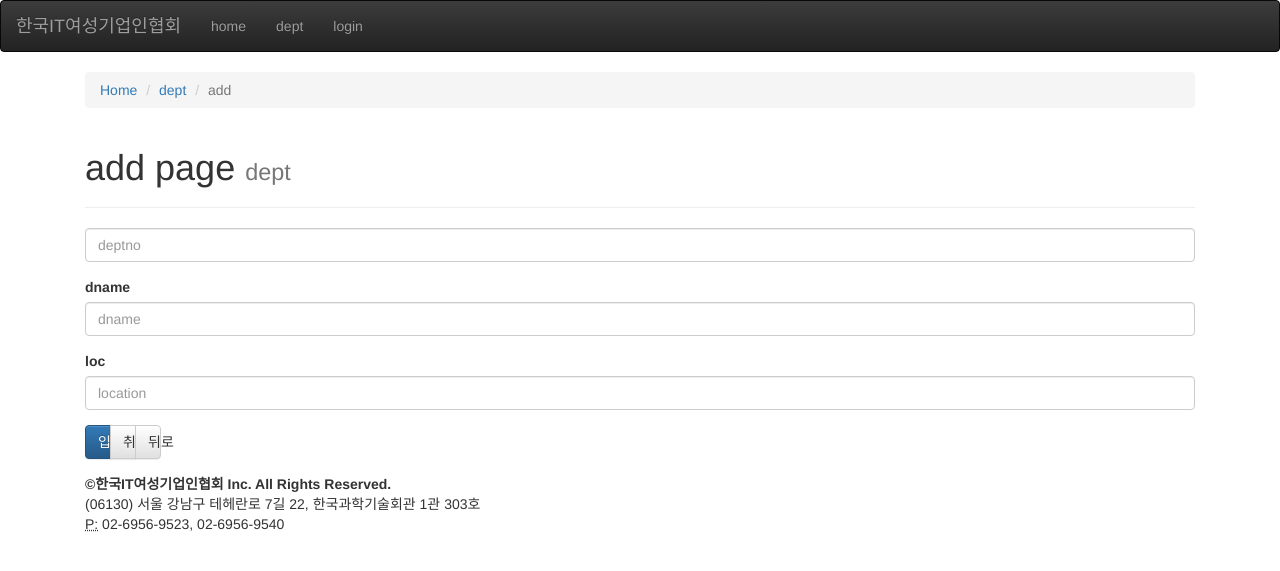
Repository: minho00123/sw-professional-training
Page: http://localhost/sts06/WEB-INF/views/dept/add.jsp
The author's editor kept a copy of each file at every save. The page is drawn from the files as they stood at one save, then again after the next save.
The browser window is 1280 px wide. The pictures show the whole page.
The page is served by Tomcat 9. Nobody is signed in. Other server files are loaded and not shown. The template is opened directly, without the code that normally fills it, so the values that code supplies are empty.

Above is the page before, as saved 2025-05-20 07:33:55.
Console error (its wording comes from the project's code and is left out).

### stsWorkspace/sts06/src/main/webapp/WEB-INF/views/dept/add.jsp
<%@ page language="java" contentType="text/html; charset=UTF-8"
	pageEncoding="UTF-8"%>
<!DOCTYPE html>
<html>
<head>
<meta charset="UTF-8">
<title>Insert title here</title>
<%@ include file="../layout/header.jspf"%>
</head>
<body>
	<%@ include file="../layout/menu.jspf"%>
	<ol class="breadcrumb">
		<li><a href="${pageContext.request.contextPath }/">Home</a></li>
		<li><a href="${pageContext.request.contextPath }/dept/">dept</a></li>
		<li class="active">add</li>
	</ol>
	<div class="page-header">
		<h1>
			add page <small>dept</small>
		</h1>
	</div>
	<form action="add" method="post">
		<div class="form-group">
			<label class="sr-only"></label><input name="deptno" class="form-control"
				placeholder="deptno" />
		</div>
		<div class="form-group">
			<label>dname</label><input name="dname" class="form-control"
				placeholder="dname" />
		</div>
		<div class="form-group">
			<label>loc</label><input name="loc" class="form-control"
				placeholder="location" />
		</div>
		<div class="form-group">
			<div class="btn-group btn-group-justified" role="group"
				aria-label="...">
				<button class="btn btn-primary" type="submit">입력</button>
				<button class="btn btn-default" type="reset">취소</button>
				<button class="btn btn-default" type="button"
					onclick="history.back();">뒤로</button>
			</div>
		</div>
	</form>
	<%@ include file="../layout/footer.jspf"%>
</body>
</html>

### stsWorkspace/sts06/src/main/webapp/WEB-INF/views/layout/header.jspf
<%@ page language="java" contentType="text/html; charset=UTF-8"
    pageEncoding="UTF-8"%>
<%@ taglib prefix="c" uri="http://java.sun.com/jsp/jstl/core"%>
<!-- Latest compiled and minified CSS -->
<link rel="stylesheet"
	href="https://cdn.jsdelivr.net/npm/bootstrap@3.4.1/dist/css/bootstrap.min.css"
	integrity="sha384-HSMxcRTRxnN+Bdg0JdbxYKrThecOKuH5zCYotlSAcp1+c8xmyTe9GYg1l9a69psu"
	crossorigin="anonymous">

<!-- Optional theme -->
<link rel="stylesheet"
	href="https://cdn.jsdelivr.net/npm/bootstrap@3.4.1/dist/css/bootstrap-theme.min.css"
	integrity="sha384-6pzBo3FDv/PJ8r2KRkGHifhEocL+1X2rVCTTkUfGk7/0pbek5mMa1upzvWbrUbOZ"
	crossorigin="anonymous">

<!-- Latest compiled and minified JavaScript -->
<script
	src="https://cdn.jsdelivr.net/npm/bootstrap@3.4.1/dist/js/bootstrap.min.js"
	integrity="sha384-aJ21OjlMXNL5UyIl/XNwTMqvzeRMZH2w8c5cRVpzpU8Y5bApTppSuUkhZXN0VxHd"
	crossorigin="anonymous"></script>

<!-- jQuery (necessary for Bootstrap's JavaScript plugins) -->
<script src="https://code.jquery.com/jquery-1.12.4.min.js"
	integrity="sha384-nvAa0+6Qg9clwYCGGPpDQLVpLNn0fRaROjHqs13t4Ggj3Ez50XnGQqc/r8MhnRDZ"
	crossorigin="anonymous"></script>

### stsWorkspace/sts06/src/main/webapp/WEB-INF/views/layout/menu.jspf
<%@ page language="java" contentType="text/html; charset=UTF-8"
    pageEncoding="UTF-8"%>
<nav class="navbar navbar-inverse">
		<div class="container-fluid">
			<div class="navbar-header">
				<a class="navbar-brand" href="${pageContext.request.contextPath }/">
					한국IT여성기업인협회 </a>
			</div>
			<div class="collapse navbar-collapse"
				id="bs-example-navbar-collapse-1">
				<ul class="nav navbar-nav">
					<li><a href="${pageContext.request.contextPath }/">home</a></li>
					<li><a href="${pageContext.request.contextPath }/dept/">dept</a></li>
					<li><a href="${pageContext.request.contextPath }/login/">login</a></li>
				</ul>
			</div>
		</div>
	</nav>
	<div class="container">
		<div class="col-md-12">
			<!-- begin -->

### stsWorkspace/sts06/src/main/webapp/WEB-INF/views/layout/footer.jspf
<%@ page language="java" contentType="text/html; charset=UTF-8"
    pageEncoding="UTF-8"%>
			<!-- end -->
		</div>
		<div class="col-md-12">
			<address>
				<strong>©한국IT여성기업인협회 Inc. All Rights Reserved.</strong><br>
				(06130) 서울 강남구 테헤란로 7길 22, 한국과학기술회관 1관 303호 <br> <abbr
					title="Phone">P:</abbr> 02-6956-9523, 02-6956-9540
			</address>
		</div>
	</div>

After the next save:
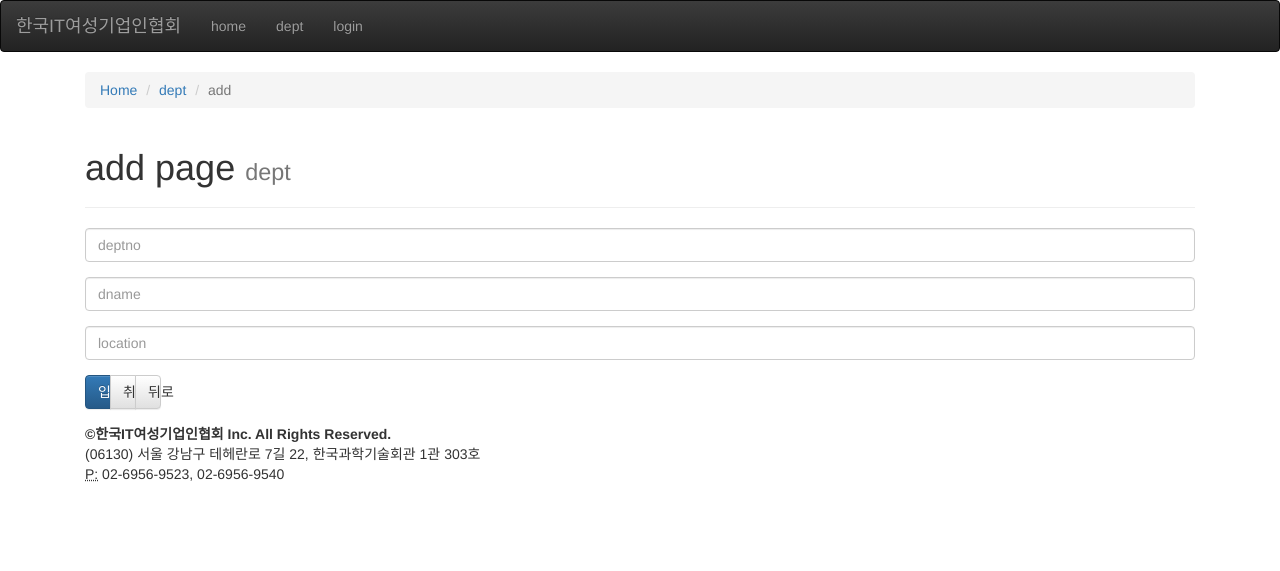
Saved 10 s later.
--- a/stsWorkspace/sts06/src/main/webapp/WEB-INF/views/dept/add.jsp
+++ b/stsWorkspace/sts06/src/main/webapp/WEB-INF/views/dept/add.jsp
@@ -21,15 +21,15 @@
 	</div>
 	<form action="add" method="post">
 		<div class="form-group">
-			<label class="sr-only"></label><input name="deptno" class="form-control"
-				placeholder="deptno" />
+			<label class="sr-only"></label><input name="deptno"
+				class="form-control" placeholder="deptno" />
 		</div>
 		<div class="form-group">
-			<label>dname</label><input name="dname" class="form-control"
-				placeholder="dname" />
+			<label class="sr-only"></label><input name="dname"
+				class="form-control" placeholder="dname" />
 		</div>
 		<div class="form-group">
-			<label>loc</label><input name="loc" class="form-control"
+			<label class="sr-only"></label><input name="loc" class="form-control"
 				placeholder="location" />
 		</div>
 		<div class="form-group">
